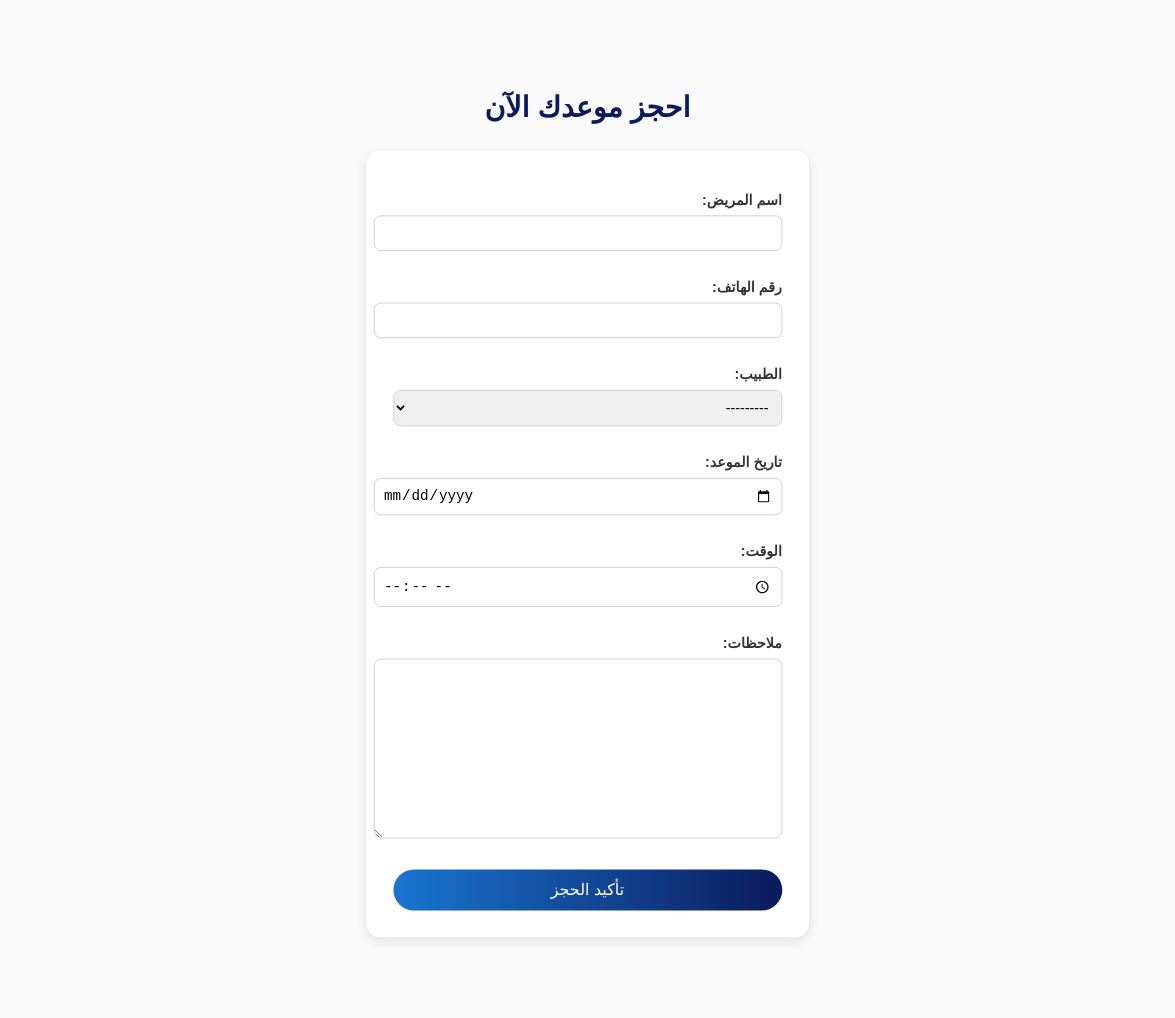
Repository: mysite4/s
Page: http://localhost/booking/?doctor=Reem
These files come from the project's save history. The page is drawn as it stood at one moment and after the next save; the edit follows.
The browser window is 1280 px wide. The page is 1320 px wide, then 1280 px, then 1320 px, so the pictures cover 1320 px, including what lies to the right of the window. The pictures show the whole page, at 89% of full size.
Some web fonts or font styles are not loaded; a fallback is used. The page is served by the project's application, run on Django 5.2 (manage.py). Other server files are loaded and not shown. The page reads the database file committed with the project.

Above is the page before, as saved 2025-10-25 15:08:38.

### main/templates/booking.html
{% load static %}
<!DOCTYPE html>
<html lang="ar" dir="rtl">
<head>
  <meta charset="UTF-8">
  <meta name="viewport" content="width=device-width, initial-scale=1.0">
  <title>احجز موعدك</title>
  <link href="https://fonts.googleapis.com/css2?family=Cairo:wght@200..1000&display=swap" rel="stylesheet">
  <link rel="stylesheet" href="{% static 'css/style.css' %}">
  <style>
    body {
      font-family: 'Cairo', sans-serif;
      background-color: #f9f9f9;
      text-align: center;
      padding: 80px 20px;
    }
    h1 {
      color: #0b1a5b;
      margin-bottom: 30px;
    }
    form {
      max-width: 500px;
      margin: 0 auto;
      background: #fff;
      padding: 30px;
      border-radius: 15px;
      box-shadow: 0 4px 12px rgba(0,0,0,0.1);
      text-align: right;
    }
    label {
      display: block;
      margin-bottom: 8px;
      font-weight: bold;
      color: #333;
    }
    input, select, textarea {
      width: 100%;
      padding: 10px;
      margin-bottom: 15px;
      border: 1px solid #ccc;
      border-radius: 8px;
      font-size: 16px;
    }
    button {
      background: linear-gradient(to right, #1976d2, #0b1a5b);
      color: white;
      padding: 12px 25px;
      border: none;
      border-radius: 30px;
      cursor: pointer;
      transition: 0.3s;
      font-size: 18px;
      width: 100%;
    }
    button:hover {
      background: linear-gradient(to right, #0b1a5b, #1976d2);
    }
  </style>
</head>
<body>

  <h1>احجز موعدك الآن</h1>
  <form method="POST">
    {% csrf_token %}
    {{ form.as_p }}
    <button type="submit">تأكيد الحجز</button>
  </form>

</body>
</html>

### main/forms.py
from django import forms
from .models import Appointment

class AppointmentForm(forms.ModelForm):
    class Meta:
        model = Appointment
        fields = ['name', 'phone', 'doctor', 'date', 'time', 'message']
        widgets = {
            'date': forms.DateInput(attrs={'type': 'date'}),
            'time': forms.TimeInput(attrs={'type': 'time'}),
        }

### main/models.py
from django.db import models

class Doctor(models.Model):
    name = models.CharField(max_length=100)
    specialty = models.CharField(max_length=100)

    def __str__(self):
        return f"{self.name} - {self.specialty}"


class Appointment(models.Model):
    name = models.CharField(max_length=100, verbose_name="اسم المريض")
    phone = models.CharField(max_length=20, verbose_name="رقم الهاتف")
    doctor = models.ForeignKey(Doctor, on_delete=models.CASCADE, verbose_name="الطبيب")
    date = models.DateField(verbose_name="تاريخ الموعد")
    time = models.TimeField(verbose_name="الوقت")
    message = models.TextField(blank=True, null=True, verbose_name="ملاحظات")

    def __str__(self):
        return f"موعد {self.name} مع {self.doctor.name} بتاريخ {self.date}"

### main/views.py
from django.shortcuts import render

def home(request):
    return render(request, 'home.html')
from django.shortcuts import render

def booking_page(request):
    return render(request, 'booking.html')
from django.shortcuts import render, redirect
from .forms import AppointmentForm

def booking_page(request):
    if request.method == 'POST':
        form = AppointmentForm(request.POST)
        if form.is_valid():
            form.save()
            return render(request, 'booking_success.html')
    else:
        form = AppointmentForm()
    return render(request, 'booking.html', {'form': form})

### mysite/urls.py
"""
URL configuration for mysite project.

The `urlpatterns` list routes URLs to views. For more information please see:
    https://docs.djangoproject.com/en/5.2/topics/http/urls/
Examples:
Function views
    1. Add an import:  from my_app import views
    2. Add a URL to urlpatterns:  path('', views.home, name='home')
Class-based views
    1. Add an import:  from other_app.views import Home
    2. Add a URL to urlpatterns:  path('', Home.as_view(), name='home')
Including another URLconf
    1. Import the include() function: from django.urls import include, path
    2. Add a URL to urlpatterns:  path('blog/', include('blog.urls'))
"""
from django.contrib import admin
from django.urls import path, include

urlpatterns = [
    path('admin/', admin.site.urls),
    path('', include('main.urls')),
]

### main/urls.py
from django.urls import path
from . import views

urlpatterns = [
    path('', views.home, name='home'),
    path('booking/', views.booking_page, name='booking_page'),
]

### main/static/css/style.css
/* إعدادات عامة */
html, body {
  margin: 0;
  padding: 0;
  width: 100%;
  min-height: 100%; /* مهم ليكون الفوتر دائمًا في الأسفل */
  font-family: 'Cairo', sans-serif;
  background-color: #f9f9f9;
  display: flex;
  flex-direction: column; /* يتيح توزيع المحتوى بين الهيدر والفوتر */
}

/* Navbar */
nav {
  width: 100%;
  background-color: #ffffff;
  box-shadow: 0 4px 8px rgba(0, 123, 255, 0.2);
  position: fixed;
  top: 0;
  z-index: 1000;
}

nav ul {
  display: flex;
  justify-content: center;
  list-style: none;
  margin: 0;
  padding: 0 30px;
}

nav ul li {
  margin: 0 15px;
}

nav ul li a {
  text-decoration: none;
  color: #007bff;
  font-weight: 600;
  padding: 15px 0;
  display: inline-block;
  transition: color 0.3s, border-bottom 0.3s;
}

nav ul li a:hover {
  color: #0056b3;
  border-bottom: 3px solid #007bff;
}

/* صورة شفافة أسفل النافبار */
.header-image {
  width: 100%;
  margin-top: 60px; /* لتجنب تغطية النافبار */
}

.header-image img {
  width: 100%;
  height: auto;
  display: block;
}

/* Header */
header {
  position: relative;
  width: 100%;
  min-height: 200px;
  overflow: hidden;
  background: linear-gradient(to left, #0b1a5b, #1976d2);
  display: flex;
  flex-direction: column;
  justify-content: center;
  align-items: center;
  padding: 20px 0 0 0;
}

.header-content {
  display: flex;
  flex-direction: row;
  justify-content: space-between;
  align-items: center;
  width: 100%;
  max-width: 1200px;
  padding: 20px 50px;
  margin-top: 5px;
}

.header-text {
  color: white;
  max-width: 50%;
  text-align: center;
  line-height: 1.4;
  padding: 40px;
}

.header-text h1 {
  font-size: 48px;
  margin: 0;
}

.header-text h3 {
  font-size: 24px;
  margin-top: 10px;
  color: rgba(255,255,255,0.8);
}

.header-icon img {
  width: 500px;
  height: auto;
  border-radius: 15px;
}

.about-section {
  max-width: 1200px;
  margin: 20px auto;
  text-align: center; /* العنوان في الوسط */
}

.about-section p {
  color: #447296;
}

.about-section h2 {
  font-size: 28px;
  margin-bottom: 30px;
  color: #0b1a5b;
}

.about-content {
  display: flex;
  justify-content: flex-start; /* النص على اليسار والصورة على اليمين */
  align-items: center;
  gap: 20px; /* مسافة مناسبة بين النص والصورة */
  flex-wrap: wrap;
}

.about-text {
  flex: 1 1 55%;
  text-align: right;
  font-size: 16px;
  line-height: 1.6;
}

.about-image {
  flex: 1 1 40%;
  text-align: center;
}

.about-image img {
  width: 100%;
  max-width: 250px;
  height: auto;
  border-radius: 10px;
  border: 5px solid #083d75;
}

/* Media Queries للشاشات الصغيرة */
@media (max-width: 768px) {
  .about-content {
    flex-direction: column;
    gap: 15px;
  }

  .about-text, .about-image {
    flex: 1 1 100%;
    text-align: center;
  }

  .about-image img {
    max-width: 200px;
  }
}

/* قسم خدماتنا */
.services-section {
  max-width: 1200px;
  margin: 100px auto 50px auto;
  text-align: center;
}

.services-section h2 {
  font-size: 32px;
  margin-bottom: 30px;
  color: #0e173f;
}

.services-container {
  display: flex;
  flex-wrap: wrap;
  justify-content: space-between;
  gap: 20px;
}

.service-item {
  flex: 1 1 22%;
  text-align: center;
  margin-bottom: 30px;
}

.service-item img {
  width: 60px;
  height: 60px;
  margin-bottom: 10px;
}

.service-item p {
  font-size: 15px;
  color: #447296;
}

.service-item h3 {
  color: #0e173f;
}

main {
  flex: 1; /* ياخذ المساحة المتبقية بين الهيدر والفوتر */
  padding: 30px 50px;
  margin-top: 20px;
}

/* Media Queries */
@media (max-width: 992px) {
  .header-content {
    flex-direction: column;
    text-align: center;
    padding: 0 20px;
  }

  .header-text {
    max-width: 100%;
    margin-bottom: 20px;
    text-align: center;
  }

  .header-icon img {
    width: 80%;
  }

  nav ul {
    justify-content: center;
  }

  .service-item {
    flex: 1 1 45%;
  }
}

@media (max-width: 600px) {
  .service-item {
    flex: 1 1 100%;
  }

  .about-section {
    flex-direction: column;
    align-items: center;
  }

  .about-text {
    text-align: center;
    padding-left: 0;
  }

  .about-image img {
    max-width: 200px;
  }
}

/* قسم الأطباء */
.doctors-section {
  padding: 60px 0;
  background: #fff;
}

.doctors-section h2 {
  color: #0b1a5b;
  margin-bottom: 10px;
  font-size: 28px;
  text-align: center;
}

.doctors-section .description {
  color: #555;
  max-width: 700px;
  margin: 0 auto 40px;
  line-height: 1.8;
  text-align: center;
}

/* شكل الطبيب */
.doctor-card {
  background: none;
  box-shadow: none;
  text-align: center;
  transition: transform 0.3s ease;
}

.doctor-card:hover {
  transform: translateY(-10px);
}

.doctor-img img {
  width: 160px;
  height: 160px;
  object-fit: cover;
  border-radius: 50%;
  margin-bottom: 10px;
  border: 3px solid #1976d2;
}

.doctor-name {
  font-weight: 600;
  color: #0b1a5b;
  font-size: 18px;
}

.doctor-info h3 {
  font-weight: 600;
  color: #0b1a5b;
  font-size: 18px;
  margin-bottom: 5px;
}

.doctor-info p {
  font-size: 14px;
  color: #447296;
  margin-bottom: 15px;
  line-height: 1.4;
}

/* زر الحجز */
.book-doctor-btn {
  display: inline-block;
  background: linear-gradient(to right, #1976d2, #0b1a5b);
  color: #fff;
  padding: 10px 25px;
  border-radius: 30px;
  text-decoration: none;
  font-size: 14px;
  font-weight: bold;
  transition: 0.3s ease;
}

.book-doctor-btn:hover {
  background: linear-gradient(to right, #0b1a5b, #1976d2);
  transform: scale(1.05);
}

/* الأسهم */
.swiper-button-next, .swiper-button-prev {
  color: #1976d2;
  background: #fff;
  border-radius: 50%;
  box-shadow: 0 3px 10px rgba(0,0,0,0.2);
  width: 40px;
  height: 40px;
}

.swiper-button-next:hover, .swiper-button-prev:hover {
  background: #1976d2;
  color: #fff;
}

.swiper-button-next::after, .swiper-button-prev::after {
  font-size: 18px;
}

.team-gallery {
  padding: 50px 20px;
  background-color: #f8f9ff;
  text-align: center;
}

.team-gallery h2 {
  font-size: 2rem;
  margin-bottom: 30px;
  color: #0b1a5b;
}

.team-gallery p {
  font-size: 15px;
  margin-bottom: 30px;
  color: #447296;
}

.gallery-item {
  position: relative;
  overflow: hidden;
  border-radius: 12px;
  cursor: pointer;
  transition: transform 0.3s ease;
}

.gallery-item img {
  width: 100%;
  height: auto;
  display: block;
  transition: transform 0.5s ease;
}

.gallery-item:hover img {
  transform: scale(1.05);
}

/* الظل يغطي كامل الصورة ويختفي بشكل افتراضي */
.overlay {
  position: absolute;
  top: 0;
  left: 0;
  width: 100%;
  height: 100%;
  background-color: rgba(173, 216, 230, 0.6); /* أزرق فاتح */
  opacity: 0;
  transition: opacity 0.3s ease;
  display: flex;
  align-items: center;
  justify-content: center;
  border-radius: 12px;
}

.overlay-text {
  color: #fff;
  font-size: 1rem;
  text-align: center;
  padding: 10px;
}

.gallery-item:hover .overlay {
  opacity: 1;
}

/* ====== Footer ====== */
footer {
  width: 100%;
  background: linear-gradient(to right, #0b1a5b, #1976d2);
  color: #fff;
  padding: 50px 20px 30px;
  text-align: center;
  font-family: 'Cairo', sans-serif;
  margin-top: auto; /* مهم جدا ليكون دائمًا في الأسفل */
  box-sizing: border-box;
}

.footer-container {
  width: 100%;
  display: flex;
  flex-wrap: wrap;
  justify-content: space-evenly;
  align-items: flex-start;
  gap: 30px;
  margin: 0;
  padding: 0 20px;
}

.footer-col {
  flex: 1 1 250px;
  text-align: left;
  max-width: 300px;
}

.footer-col h3 {
  color: #fff;
  margin-bottom: 20px;
  font-size: 20px;
  border-bottom: 2px solid #fff;
  display: inline-block;
  padding-bottom: 5px;
}

.footer-col ul {
  list-style: none;
  padding: 0;
  margin: 0;
}

.footer-col ul li {
  margin: 10px 0;
}

.footer-col ul li a {
  color: rgba(255,255,255,0.9);
  text-decoration: none;
  transition: color 0.3s;
}

.footer-col ul li a:hover {
  color: #cce4ff;
}

.social-icons {
  display: flex;
  justify-content: center;
  gap: 15px;
  margin-top: 25px;
}

.social-icons a {
  color: #fff;
  font-size: 20px;
  border: 2px solid #fff;
  border-radius: 50%;
  padding: 8px;
  transition: 0.3s;
}

.social-icons a:hover {
  background-color: #fff;
  color: #0b1a5b;
  transform: scale(1.1);
}

.bottom-text {
  margin-top: 30px;
  font-size: 14px;
  color: rgba(255,255,255,0.7);
  width: 100%;
  background: rgba(0,0,0,0.1);
  padding: 10px 0;
}

/* استجابة للشاشات الصغيرة */
@media (max-width: 768px) {
  .footer-container {
    flex-direction: column;
    text-align: center;
  }

  .footer-col {
    text-align: center;
  }
}

### db.sqlite3 (the tables this page reads, as SQL)
CREATE TABLE "main_doctor" ("id" integer NOT NULL PRIMARY KEY AUTOINCREMENT, "name" varchar(100) NOT NULL, "specialty" varchar(100) NOT NULL);
INSERT INTO "main_doctor" VALUES
(1, 'dr.ali ahmed', 'Dentistry'),
(2, 'dr.omer khalid', 'Dentistry'),
(3, 'dr.sara ali', 'Dentistry'),
(4, 'dr. nour alhadad', 'Dentistry');

After the next save:
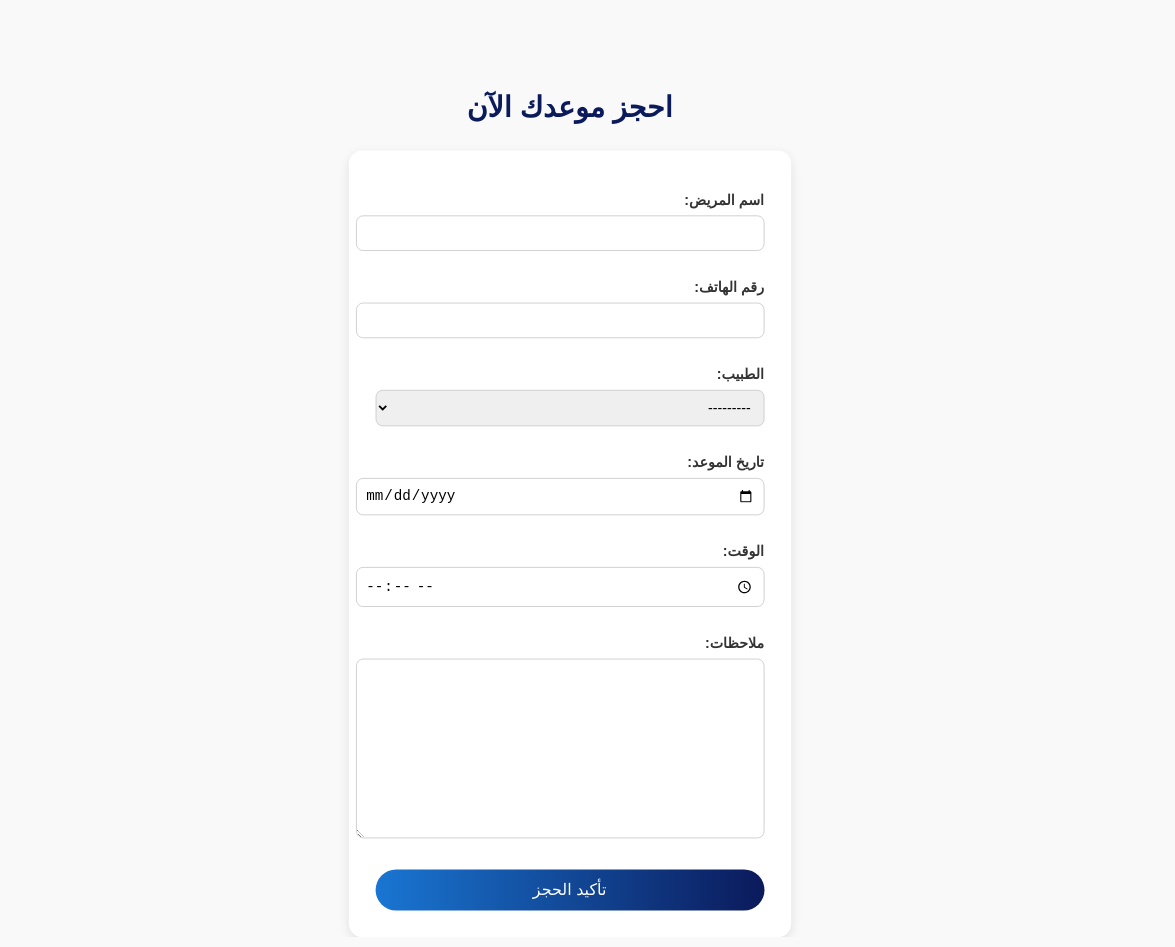
Saved 11 min 30 s later.
--- a/main/static/css/style.css
+++ b/main/static/css/style.css
@@ -1,9 +1,8 @@
 /* إعدادات عامة */
 html, body {
+  height: 100%; /* بدل min-height */
   margin: 0;
   padding: 0;
-  width: 100%;
-  min-height: 100%; /* مهم ليكون الفوتر دائمًا في الأسفل */
   font-family: 'Cairo', sans-serif;
   background-color: #f9f9f9;
   display: flex;
@@ -213,7 +212,7 @@
 main {
   flex: 1; /* ياخذ المساحة المتبقية بين الهيدر والفوتر */
   padding: 30px 50px;
-  margin-top: 20px;
+  margin-top: 80px; /* ارتفاع النافبار */
 }
 
 /* Media Queries */

After the save that followed:
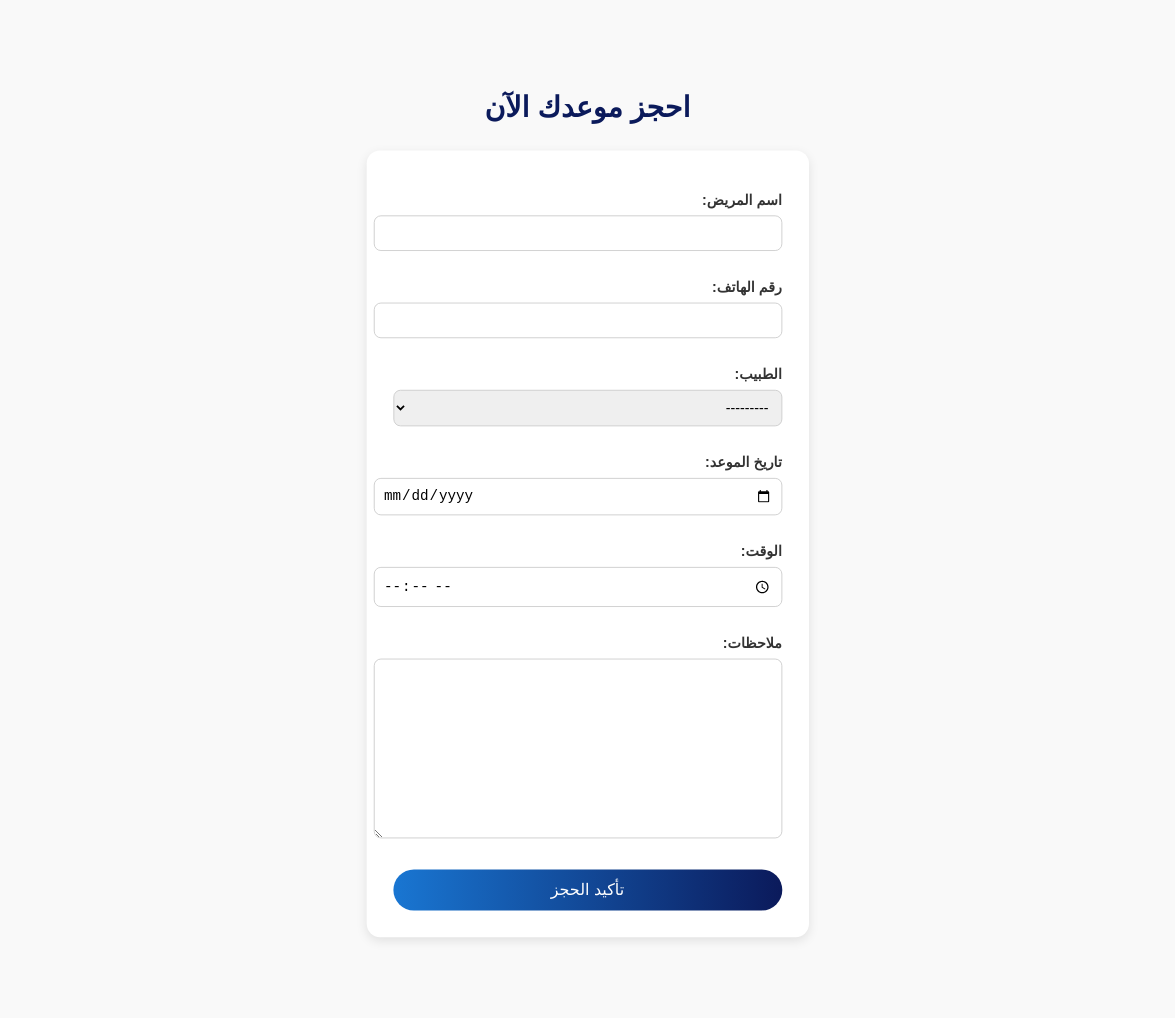
Saved 8 min 15 s later.
--- a/main/static/css/style.css
+++ b/main/static/css/style.css
@@ -1,8 +1,9 @@
 /* إعدادات عامة */
 html, body {
-  height: 100%; /* بدل min-height */
   margin: 0;
   padding: 0;
+  width: 100%;
+  min-height: 100%; /* مهم ليكون الفوتر دائمًا في الأسفل */
   font-family: 'Cairo', sans-serif;
   background-color: #f9f9f9;
   display: flex;
@@ -212,7 +213,7 @@
 main {
   flex: 1; /* ياخذ المساحة المتبقية بين الهيدر والفوتر */
   padding: 30px 50px;
-  margin-top: 80px; /* ارتفاع النافبار */
+  margin-top: 20px;
 }
 
 /* Media Queries */
